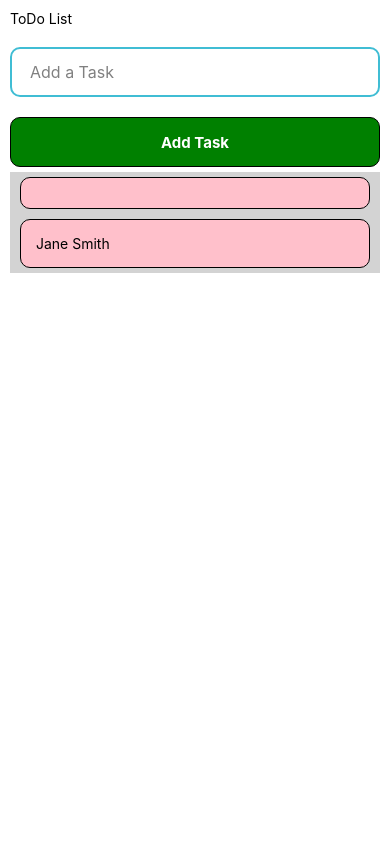
Repository: raisingh22/Projects
Screen: /
The author's editor kept a copy of each file at every save. The screen is drawn from the files as they stood at one save, then again after a run of saves.
The app was drawn by React Native's web renderer in a window 390 px wide. The project was rebuilt for these pictures with package versions that can differ from the ones it lists, and the page was loaded fresh each time.

Above is the screen before, as saved 2024-01-21 19:17:59.

After the next 2 saves:
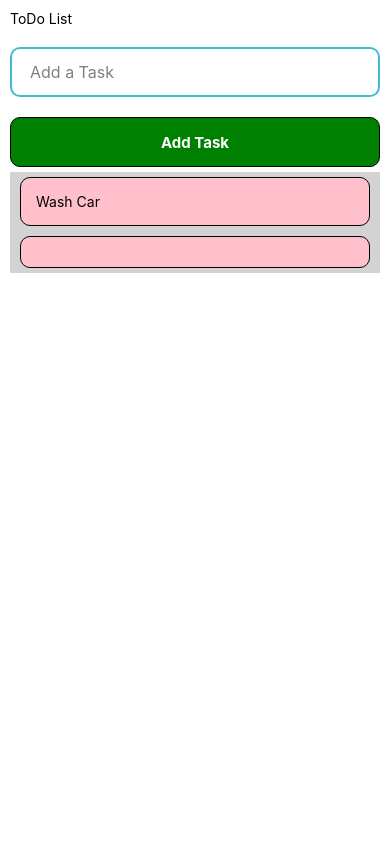
The 2 saves are shown as one change because they came seconds apart.
The last was saved 7 s later.
--- a/src/ToDoList/screens/ToDo.js
+++ b/src/ToDoList/screens/ToDo.js
@@ -6,11 +6,11 @@ import MyFlatList from '../../components/MyFlatList';
 const DummyData = [
   {
     id: '1',
-    name: '',
+    name: 'Wash Car',
   },
   {
     id: '2',
-    name: 'Jane Smith',
+    name: '',
   },
 ];
 const ToDo = () => {
